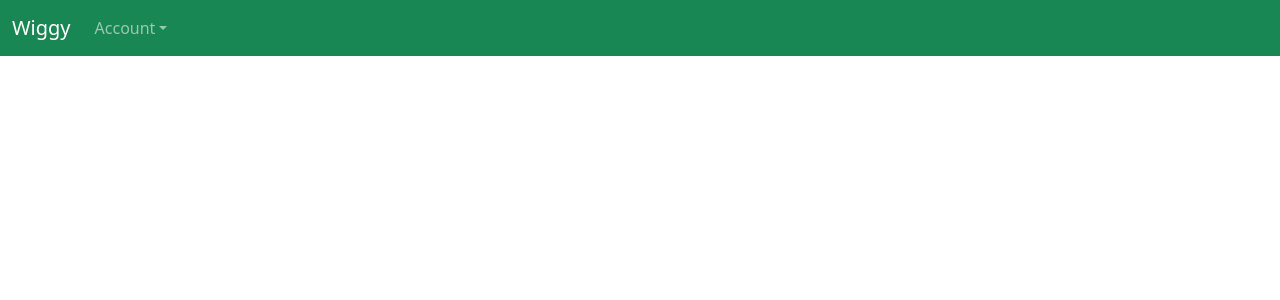
Repository: MohammadGulshan/wiggy
Page: / (app in client/)
The author's editor kept a copy of each file at every save. The page is drawn from the files as they stood at one save, then again after the next save.
The browser window is 1280 px wide. The pictures show the whole page.
The project was rebuilt for these pictures with package versions that can differ from the ones it lists, and the page was loaded fresh each time. Also part of the build but not shown: client/src/App.css.

Above is the page before, as saved 2020-12-11 02:15:53.

After the next save:
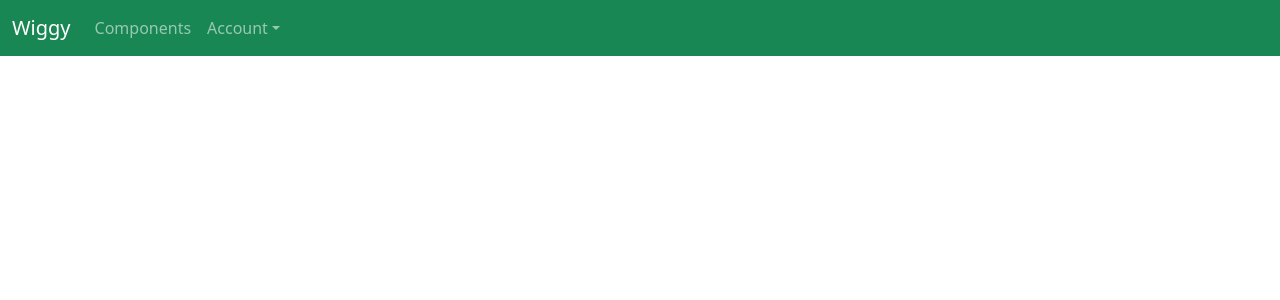
Saved 95 s later.
--- a/client/src/components/AppNavbar.js
+++ b/client/src/components/AppNavbar.js
@@ -24,6 +24,10 @@
         <NavbarToggler onClick={toggle} />
         <Collapse isOpen={isOpen} navbar>
           <Nav className="ml-auto" navbar>
+            <NavItem>
+              <NavLink href="/components/">Components</NavLink>
+            </NavItem>
+
             <UncontrolledDropdown nav inNavbar>
               <DropdownToggle nav caret>
                 Account
